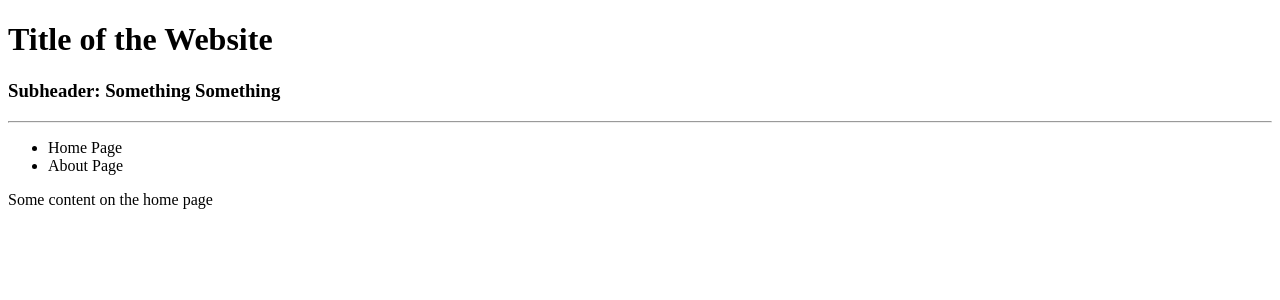
Repository: rkustas/taskmanager
Page: http://localhost/
The author's editor kept a copy of each file at every save. The page is drawn from the files as they stood at one save, then again after the next save.
The browser window is 1280 px wide. The pictures show the whole page.
The page is served by the project's application, run on Flask 3 (app.py).

Above is the page before, as saved 2020-07-23 12:09:22.

After the next save:
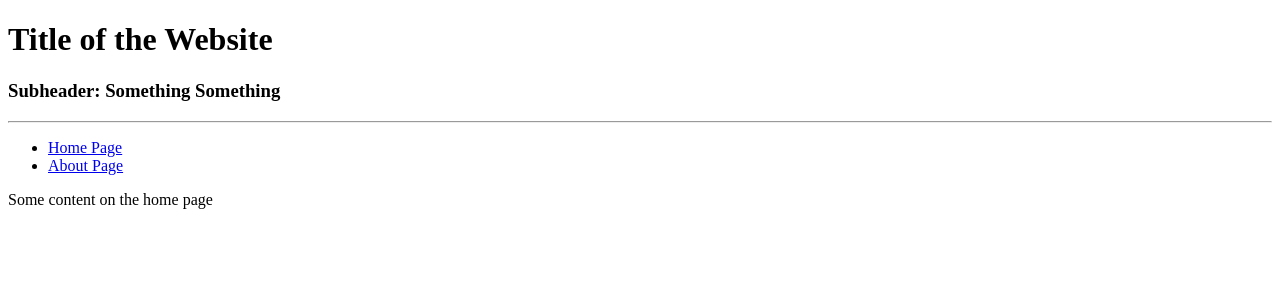
Saved 14 s later.
--- a/templates/index.html
+++ b/templates/index.html
@@ -4,8 +4,8 @@
     <h3>Subheader: Something Something</h3>
     <hr>
     <ul>
-    <li><a href="#"></a>Home Page</li>
-    <li><a href="#"></a>About Page</li>
+    <li><a href="#">Home Page</a></li>
+    <li><a href="#">About Page</a></li>
     </ul>
 
     <p>Some content on the home page</p>
